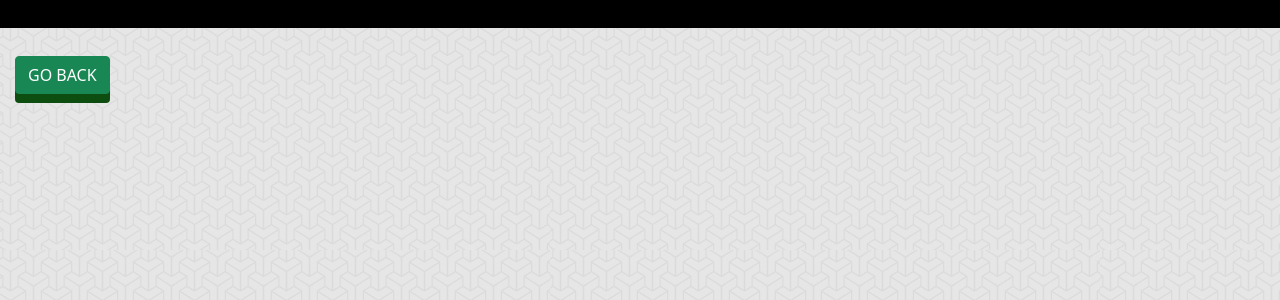
Repository: kavine24/CS490-Python-LMS
Page: html/portal/t/ReviewExam.html
The author's editor kept a copy of each file at every save. The page is drawn from the files as they stood at one save, then again after the next save.
The browser window is 1280 px wide. The pictures show the whole page.
The page's requests for data from a server got no answer.

Above is the page before, as saved 2022-04-19 19:34:36.

After the next save:
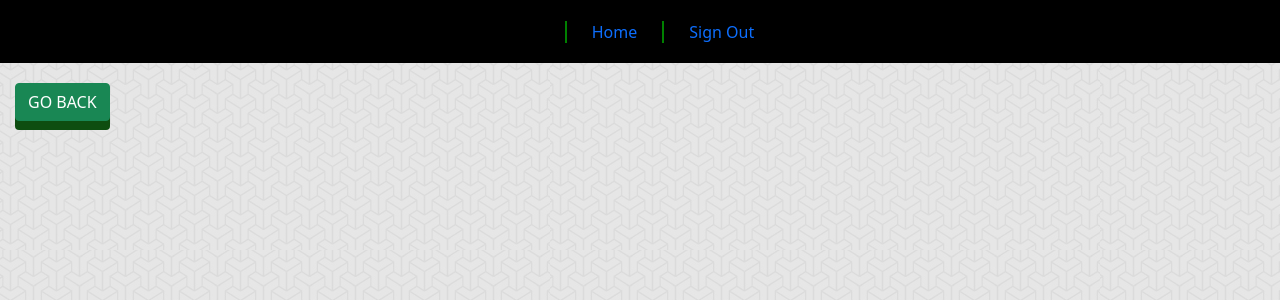
Saved 67 s later.
--- a/html/portal/t/ReviewExam.html
+++ b/html/portal/t/ReviewExam.html
@@ -7,7 +7,15 @@
     <link href="https://cdn.jsdelivr.net/npm/bootstrap@5.1.3/dist/css/bootstrap.min.css" rel="stylesheet" integrity="sha384-1BmE4kWBq78iYhFldvKuhfTAU6auU8tT94WrHftjDbrCEXSU1oBoqyl2QvZ6jIW3" crossorigin="anonymous">
   </head>
   <body>
-    <h1 id="header" class="header"></h1>
+    <header class="mainHeader">
+      <h1 id="header" class="header"></h1>
+      <ul class="navLIST">
+          <li><a href="http://cs490testcenter.ddns.net:50000/portal/t/Home.php">Home</a></li>
+          <li><a href="http://cs490testcenter.ddns.net:50000">Sign Out</a></li>
+        </ul>
+      <br>
+    </header>
+
     <main id="reviewDiv">
       <button id="goBackHome" class="btn btn-success submit" onclick = goBack()>GO BACK</button>
     </main>
@@ -174,68 +182,84 @@
 
               tableBody.appendChild(tableRowContraints);
 
-              if (data.answers[i].fNeeded == "1") {
-                const tableCriteria = document.createElement("tr");
-
-                const tableBody1 = document.createElement("td");
-                tableBody1.innerHTML = "For Loop";
-
-                const tableBody2 = document.createElement("td");
-                tableBody2.innerHTML = data.answers[i].fCorrect == "1" ? "Yes" : "No";
-
-                tableCriteria.appendChild(tableBody1);
-                tableCriteria.appendChild(tableBody2);
-
-                tableBody.appendChild(tableCriteria);
+              numConsts = parseInt(data.answers[i].fNeeded) + parseInt(data.answers[i].wNeeded) + parseInt(data.answers[i].rNeeded);
+
+              if(numConsts > 0) {
+                if (data.answers[i].fNeeded == "1") {
+                  const tableCriteria = document.createElement("tr");
+
+                  const tableBody1 = document.createElement("td");
+                  tableBody1.innerHTML = "For Loop";
+
+                  const tableBody2 = document.createElement("td");
+                  tableBody2.innerHTML = data.answers[i].fCorrect == "1" ? "Yes" : "No";
+
+                  const tableBody3 = document.createElement("td");
+                  tableBody3.innerHTML = data.answers[i].fCorrect == "1" ? data.answers[i].points * 0.1 / numConsts: 0;
+
+                  tableCriteria.appendChild(tableBody1);
+                  tableCriteria.appendChild(tableBody2);
+                  tableCriteria.appendChild(tableBody3);
+
+                  tableBody.appendChild(tableCriteria);
+                }
+
+                if (data.answers[i].wNeeded == "1") {
+                  const tableCriteria = document.createElement("tr");
+
+                  const tableBody1 = document.createElement("td");
+                  tableBody1.innerHTML = "While Loop";
+
+                  const tableBody2 = document.createElement("td");
+                  tableBody2.innerHTML = data.answers[i].wCorrect == "1" ? "Yes" : "No";
+
+                  const tableBody3 = document.createElement("td");
+                  tableBody3.innerHTML = data.answers[i].wCorrect == "1" ? data.answers[i].points * 0.1 / numConsts: 0;
+
+                  tableCriteria.appendChild(tableBody1);
+                  tableCriteria.appendChild(tableBody2);
+                  tableCriteria.appendChild(tableBody3);
+
+                  tableBody.appendChild(tableCriteria);
+                }
+
+                if (data.answers[i].rNeeded == "1") {
+                  const tableCriteria = document.createElement("tr");
+
+                  const tableBody1 = document.createElement("td");
+                  tableBody1.innerHTML = "Recursion";
+
+                  const tableBody2 = document.createElement("td");
+                  tableBody2.innerHTML = data.answers[i].rCorrect == "1" ? "Yes" : "No";
+
+                  const tableBody3 = document.createElement("td");
+                  tableBody3.innerHTML = data.answers[i].rCorrect == "1" ? data.answers[i].points * 0.1 / numConsts: 0;
+
+
+                  tableCriteria.appendChild(tableBody1);
+                  tableCriteria.appendChild(tableBody2);
+                  tableCriteria.appendChild(tableBody3);
+
+                  tableBody.appendChild(tableCriteria);
+                }
+
+                const tableCriteriaContraints = document.createElement("tr");
+
+                const tableBodyC1 = document.createElement("td");
+                tableBodyC1.innerHTML = "All Constraints";
+
+                const tableBodyC2 = document.createElement("td");
+                tableBodyC2.innerHTML = data.answers[i].constraintsCorrect == "1" ? "Yes" : "No";
+
+                const tableBodyC3 = document.createElement("td");
+                tableBodyC3.innerHTML = data.answers[i].constraintsCorrect == "1" ? data.answers[i].points * 0.1 : 0;
+
+                tableCriteriaContraints.appendChild(tableBodyC1);
+                tableCriteriaContraints.appendChild(tableBodyC2);
+                tableCriteriaContraints.appendChild(tableBodyC3);
+
+                tableBody.appendChild(tableCriteriaContraints);
               }
-
-              if (data.answers[i].wNeeded == "1") {
-                const tableCriteria = document.createElement("tr");
-
-                const tableBody1 = document.createElement("td");
-                tableBody1.innerHTML = "While Loop";
-
-                const tableBody2 = document.createElement("td");
-                tableBody2.innerHTML = data.answers[i].wCorrect == "1" ? "Yes" : "No";
-
-                tableCriteria.appendChild(tableBody1);
-                tableCriteria.appendChild(tableBody2);
-
-                tableBody.appendChild(tableCriteria);
-              }
-
-              if (data.answers[i].rNeeded == "1") {
-                const tableCriteria = document.createElement("tr");
-
-                const tableBody1 = document.createElement("td");
-                tableBody1.innerHTML = "Recursion";
-
-                const tableBody2 = document.createElement("td");
-                tableBody2.innerHTML = data.answers[i].rCorrect == "1" ? "Yes" : "No";
-
-                tableCriteria.appendChild(tableBody1);
-                tableCriteria.appendChild(tableBody2);
-
-                tableBody.appendChild(tableCriteria);
-              }
-
-              const tableCriteriaContraints = document.createElement("tr");
-
-              const tableBodyC1 = document.createElement("td");
-              tableBodyC1.innerHTML = "All Constraints";
-
-              const tableBodyC2 = document.createElement("td");
-              tableBodyC2.innerHTML = data.answers[i].constraintsCorrect == "1" ? "Yes" : "No";
-
-              const tableBodyC3 = document.createElement("td");
-              tableBodyC3.innerHTML = data.answers[i].constraintsCorrect == "1" ? data.answers[i].points * 0.1 : 0;
-
-              tableCriteriaContraints.appendChild(tableBodyC1);
-              tableCriteriaContraints.appendChild(tableBodyC2);
-              tableCriteriaContraints.appendChild(tableBodyC3);
-
-              tableBody.appendChild(tableCriteriaContraints);
-
 
 
               const tableCriteriaHeader = document.createElement("tr");
@@ -247,7 +271,7 @@
               tableBodyF2.innerHTML = data.answers[i].headerCorrect == "1" ? "Yes" : "No";
 
               const tableBodyF3 = document.createElement("td");
-              tableBodyF3.innerHTML = data.answers[i].headerCorrect == "1" ? data.answers[i].points * 0.1 : 0;
+              tableBodyF3.innerHTML = data.answers[i].headerCorrect == "1" ? (numConsts > 0 ? data.answers[i].points * 0.1 : data.answers[i].points * 0.2) : 0;
 
               tableCriteriaHeader.appendChild(tableBodyF1);
               tableCriteriaHeader.appendChild(tableBodyF2);
